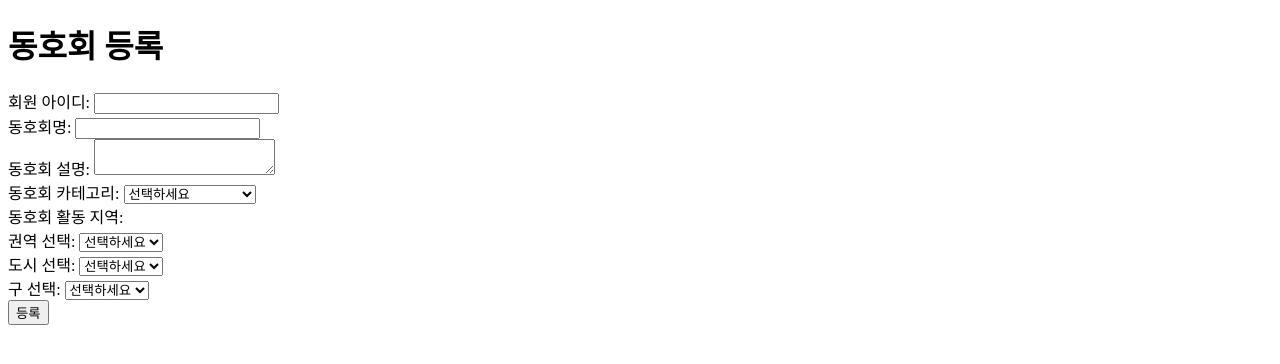
Repository: HB1112/cloud
Page: http://localhost/Solocare/WEB-INF/views/club/clubregist.jsp
The author's editor kept a copy of each file at every save. The page is drawn from the files as they stood at one save, then again after the next save.
The browser window is 1280 px wide. The pictures show the whole page.
The page is served by Tomcat 9. Nobody is signed in. Other server files are loaded and not shown. The template is opened directly, without the code that normally fills it, so the values that code supplies are empty.

Above is the page before, as saved 2024-12-16 03:26:55.

### Solocare/src/main/webapp/WEB-INF/views/club/clubregist.jsp
<%@ page language="java" contentType="text/html; charset=UTF-8" pageEncoding="UTF-8"%>
<!DOCTYPE html>
<html>
<head>
    <meta charset="UTF-8">
    <title>동호회 등록</title>
    <script src="https://code.jquery.com/jquery-3.5.1.min.js"></script>
</head>
<body>
    <h1>동호회 등록</h1>
    <form name="newClub" action="regist" method="post">
        <div>
            <label>회원 아이디:</label>
            <input name="clubLeader" type="text" value="${mem.id}" readonly>
        </div>
        <div>
            <label>동호회명:</label>
            <input name="clubName" type="text" required>
        </div>
        <div>
            <label>동호회 설명:</label>
            <textarea name="clubDescription" required></textarea>
        </div>
        <div>
            <label for="clubCategory">동호회 카테고리:</label>
            <select name="clubCategory" id="clubCategory" required>
                <option value="">선택하세요</option>
                <option value="스포츠 및 e스포츠">스포츠 및 e스포츠</option>
                <option value="자기개발">자기개발</option>
                <option value="봉사 및 사회적 활동">봉사 및 사회적 활동</option>
                <option value="문화 및 예술">문화 및 예술</option>
                <option value="여행 및 탐험">여행 및 탐험</option>
            </select>
        </div>
        <div>
            <label>동호회 활동 지역:</label>
            <div>
                <label for="addressRegion">권역 선택:</label>
                <select name="addressRegion" id="addressRegion" required>
                    <option value="">선택하세요</option>
                </select>
            </div>
            <div>
                <label for="addressCity">도시 선택:</label>
                <select name="addressCity" id="addressCity" required>
                    <option value="">선택하세요</option>
                </select>
            </div>
            <div>
                <label for="addressDistrict">구 선택:</label>
                <select name="addressDistrict" id="addressDistrict" required>
                    <option value="">선택하세요</option>
                </select>
            </div>
        </div>
        <div>
            <button type="submit">등록</button>
        </div>
    </form>
</body>
</html>

After the next save:
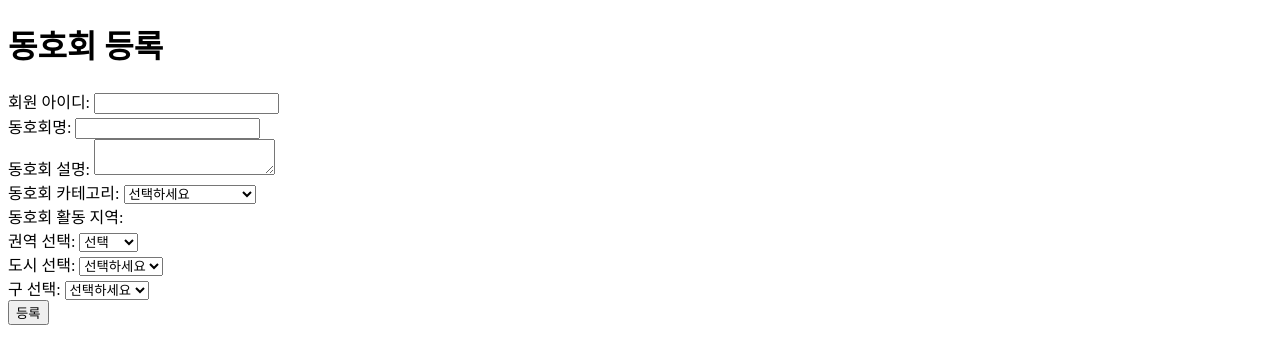
Saved 29 s later.
--- a/Solocare/src/main/webapp/WEB-INF/views/club/clubregist.jsp
+++ b/Solocare/src/main/webapp/WEB-INF/views/club/clubregist.jsp
@@ -58,4 +58,94 @@
         </div>
     </form>
 </body>
+<script type="text/javascript">
+$(function(){
+    areaSelectMaker("select[name=addressRegion]");
+});
+
+var areaSelectMaker = function(target){
+    if(target == null || $(target).length == 0){
+        console.warn("Unknown Area Tag");
+        return;
+    }
+
+    var area = {
+        "수도권": {
+            "서울특별시": ["강남구", "강동구", "강북구", "강서구", "관악구", "광진구", "구로구", "금천구", "노원구", "도봉구", "동대문구", "동작구", "마포구", "서대문구", "서초구", "성동구", "성북구", "송파구", "양천구", "영등포구", "용산구", "은평구", "종로구", "중구", "중랑구"],
+            "경기도": ["수원시 장안구", "수원시 권선구", "수원시 팔달구", "수원시 영통구", "성남시 수정구", "성남시 중원구", "성남시 분당구", "의정부시", "안양시 만안구", "안양시 동안구", "부천시", "광명시", "평택시", "동두천시", "안산시 상록구", "안산시 단원구", "고양시 덕양구", "고양시 일산동구", "고양시 일산서구", "과천시", "구리시", "남양주시", "오산시", "시흥시", "군포시", "의왕시", "하남시", "용인시 처인구", "용인시 기흥구", "용인시 수지구", "파주시", "이천시", "안성시", "김포시", "화성시", "광주시", "양주시", "포천시", "여주시", "연천군", "가평군", "양평군"],
+            "인천광역시": ["계양구", "미추홀구", "남동구", "동구", "부평구", "서구", "연수구", "중구", "강화군", "옹진군"]
+        },
+        "강원권": {
+            "강원도": ["춘천시", "원주시", "강릉시", "동해시", "태백시", "속초시", "삼척시", "홍천군", "횡성군", "영월군", "평창군", "정선군", "철원군", "화천군", "양구군", "인제군", "고성군", "양양군"]
+        },
+        "충청권": {
+            "충청북도": ["청주시 상당구", "청주시 서원구", "청주시 흥덕구", "청주시 청원구", "충주시", "제천시", "보은군", "옥천군", "영동군", "증평군", "진천군", "괴산군", "음성군", "단양군"],
+            "충청남도": ["천안시 동남구", "천안시 서북구", "공주시", "보령시", "아산시", "서산시", "논산시", "계룡시", "당진시", "금산군", "부여군", "서천군", "청양군", "홍성군", "예산군", "태안군"],
+            "대전광역시": ["대덕구", "동구", "서구", "유성구", "중구"],
+            "세종특별자치시": ["세종특별자치시"]
+        },
+        "전라권": {
+            "전라북도": ["전주시 완산구", "전주시 덕진구", "군산시", "익산시", "정읍시", "남원시", "김제시", "완주군", "진안군", "무주군", "장수군", "임실군", "순창군", "고창군", "부안군"],
+            "전라남도": ["목포시", "여수시", "순천시", "나주시", "광양시", "담양군", "곡성군", "구례군", "고흥군", "보성군", "화순군", "장흥군", "강진군", "해남군", "영암군", "무안군", "함평군", "영광군", "장성군", "완도군", "진도군", "신안군"],
+            "광주광역시": ["광산구", "남구", "동구", "북구", "서구"]
+        },
+        "경상권": {
+            "경상북도": ["포항시 남구", "포항시 북구", "경주시", "김천시", "안동시", "구미시", "영주시", "영천시", "상주시", "문경시", "경산시", "군위군", "의성군", "청송군", "영양군", "영덕군", "청도군", "고령군", "성주군", "칠곡군", "예천군", "봉화군", "울진군", "울릉군"],
+            "경상남도": ["창원시 의창구", "창원시 성산구", "창원시 마산합포구", "창원시 마산회원구", "창원시 진해구", "진주시", "통영시", "사천시", "김해시", "밀양시", "거제시", "양산시", "의령군", "함안군", "창녕군", "고성군", "남해군", "하동군", "산청군", "함양군", "거창군", "합천군"],
+            "부산광역시": ["강서구", "금정구", "남구", "동구", "동래구", "부산진구", "북구", "사상구", "사하구", "서구", "수영구", "연제구", "영도구", "중구", "해운대구", "기장군"],
+            "대구광역시": ["남구", "달서구", "동구", "북구", "서구", "수성구", "중구", "달성군"],
+            "울산광역시": ["남구", "동구", "북구", "중구", "울주군"]
+        },
+        "제주권": {
+            "제주특별자치도": ["서귀포시", "제주시"]
+        }
+    };
+
+    for(var i=0; i<$(target).length; i++){
+        (function(z){
+            var a1 = $(target).eq(z);
+            var a2 = a1.next();
+            var a3 = a2.next();
+
+            // 초기화
+            init(a1, true);
+
+            // 권역 기본 생성
+            var areaKeys1 = Object.keys(area);
+            areaKeys1.forEach(function(Region){
+                a1.append("<option value='"+Region+"'>"+Region+"</option>");
+            });
+
+            // 변경 이벤트
+            $(a1).on("change", function(){
+                init($(this), false);
+                var Region = $(this).val();
+                var cityKeys = Object.keys(area[Region]);
+                cityKeys.forEach(function(City){
+                    a2.append("<option value='"+City+"'>"+City+"</option>");
+                });
+            });
+
+            $(a2).on("change", function(){
+                a3.empty().append("<option value=''>선택</option>");
+                var Region = a1.val();
+                var City = $(this).val();
+                var districts = area[Region][City];
+                districts.forEach(function(District){
+                    a3.append("<option value='"+District+"'>"+District+"</option>");
+                });
+            });
+        })(i);
+
+        function init(t, first){
+            first ? t.empty().append("<option value=''>선택</option>") : "";
+            t.next().empty().append("<option value=''>선택</option>");
+            t.next().next().empty().append("<option value=''>선택</option>");
+        }
+    }
+}
+
+
+
+</script>
 </html>
